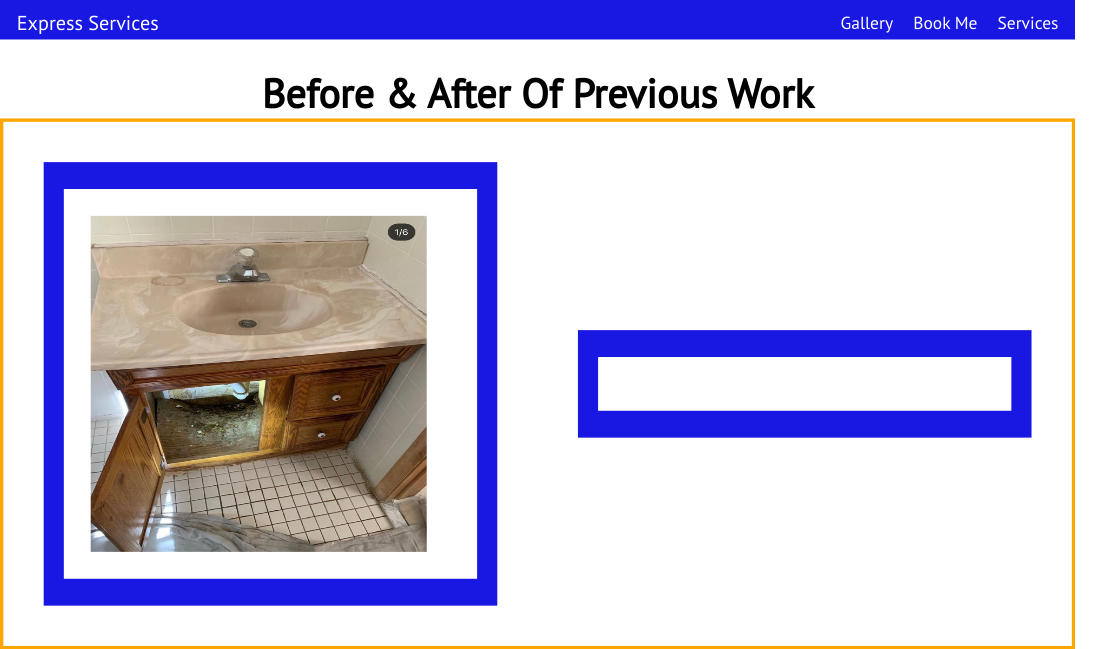
Repository: DrummerDee/mir-miami
Page: /Gallery (app in mr-miami/)
An editor plug-in stored every save of this project. The page is shown before and after a run of saves, followed by the edit.
The browser window is 1280 px wide. The page is 1280 px wide, then 1328 px, so the pictures cover 1328 px, including what lies to the right of the window. The pictures show the whole page, at 84% of full size.
The project was rebuilt for these pictures with package versions that can differ from the ones it lists, and the page was loaded fresh each time. Also part of the build but not shown: mr-miami/src/Styles/Services.css, mr-miami/src/Components/Services.js, mr-miami/src/Components/Homepage.js, mr-miami/src/Styles/Calendar.css, mr-miami/src/Styles/Times.css, mr-miami/src/Components/Times.js, mr-miami/src/Components/Time.js, mr-miami/src/Components/BookMe.js.

Above is the page before, as saved 2022-09-08 22:27:16.

### mr-miami/public/index.html
<!DOCTYPE html>
<html lang="en">
  <head>
    <meta charset="utf-8" />
    <link rel="icon" href="%PUBLIC_URL%/favicon.ico" />
    <meta name="viewport" content="width=device-width, initial-scale=1" />
    <meta name="theme-color" content="#000000" />
    <meta
      name="description"
      content="Web site created using create-react-app"
    />
    <link rel="apple-touch-icon" href="%PUBLIC_URL%/logo192.png" />
    <!--
      manifest.json provides metadata used when your web app is installed on a
      user's mobile device or desktop. See https://developers.google.com/web/fundamentals/web-app-manifest/
    -->
    <link rel="manifest" href="%PUBLIC_URL%/manifest.json" />
    <!--
      Notice the use of %PUBLIC_URL% in the tags above.
      It will be replaced with the URL of the `public` folder during the build.
      Only files inside the `public` folder can be referenced from the HTML.

      Unlike "/favicon.ico" or "favicon.ico", "%PUBLIC_URL%/favicon.ico" will
      work correctly both with client-side routing and a non-root public URL.
      Learn how to configure a non-root public URL by running `npm run build`.
    -->
    <title>Exotic Express Services</title>
  </head>
  <body>
    <noscript>You need to enable JavaScript to run this app.</noscript>
    <div id="root"></div>
    <!--
      This HTML file is a template.
      If you open it directly in the browser, you will see an empty page.

      You can add webfonts, meta tags, or analytics to this file.
      The build step will place the bundled scripts into the <body> tag.

      To begin the development, run `npm start` or `yarn start`.
      To create a production bundle, use `npm run build` or `yarn build`.
    -->
  </body>
</html>

### mr-miami/src/App.js
import './Styles/App.css';
import { BrowserRouter as Router, Routes, Route } from "react-router-dom";
import Navbar from "./Components/Navbar";
import Services from "./Components/Services";
import Homepage from "./Components/Homepage";
import Gallery from "./Components/Gallery";
import BookMe from "./Components/BookMe";




function App() {
  return (
    <Router>
      <Navbar />
      <Routes>
        <Route path="/" element={<Homepage />} />
        <Route path="/Gallery" element={<Gallery />} />
        <Route path="/Services" element={<Services />} />
        <Route path="/BookMe" element={<BookMe />} />
      </Routes>
    </Router>
  );
}

export default App;

### mr-miami/src/Styles/App.css
@import url('https://fonts.googleapis.com/css2?family=IBM+Plex+Sans:wght@300&family=PT+Sans&display=swap');
* {
  box-sizing: border-box;
  margin: 0;
  padding: 0;
  font-family: 'PT Sans','IBM Plex Sans', sans-serif;
}

/* Gallery Page */
.body > h1 {
  font-size: 3rem;
  text-align: center;
  margin-top: 2rem;
}

.wrapper {
  display: flex;
  flex-direction: row;
  align-items: center;
  margin: 0;
  padding: 0;
  border: 0.3rem solid orange;
}

.box {
  padding: 2rem;
  background-color: #FFF;
  transition: all 0.8s ease;
  display: flex;
  flex-direction: row;
  align-items: center;
}

.frame {
  margin: 3rem 3rem;
  width: 100%;
  height: 100%;
  background: rgb(24, 24, 226);
  padding: 2em 1.5em 2em 1.5em;
}

### mr-miami/src/Components/Navbar.js
import {Link } from 'react-router-dom'; //put this on every single routing page


// This isn't a homepage, just functionality for Navbar in the homepage
const Navbar = () => {
  return (
      <nav className="nav">
        <Link className="Home" to="/"> Express Services </Link>
        <ul>
          <li><Link to="/Gallery">Gallery</Link></li>
          <li><Link to="/BookMe">Book Me</Link></li>
          <li><Link to="/Services">Services</Link></li>
        </ul>
      </nav>
  );
}
export default Navbar;

### mr-miami/src/Components/Gallery.js
import React from "react";
import { LazyLoadImage } from 'react-lazy-load-image-component';
import sinkbefore from '../Assets/sinkbefore.jpeg';
// import sinkafter from '../Assets/sinkafter.jpeg';
// import doorbefore from '../Assets/Doorbefore.jpeg';
// import doorafter from '../Assets/Doorafter.jpeg';
// import pavementbefore from '../Assets/pavementbefore.jpeg';
// import pavementafter from '../Assets/pavementafter.jpeg';
// import roofafter from '../Assets/roofafter.jpeg';
// import roofbefore from '../Assets/roofbefore.jpeg';



function Gallery() {
    return (
        <div className='body'>
            <h1> Before & After Of Previous Work </h1>
            <div className='wrapper'>
                <div className='frame'>
                    <div className='box'>
                        <LazyLoadImage
                            src={sinkbefore}
                            width={400}
                            height={400}
                            effect = 'blur'
                            alt='broken sink'
                        />
                    </div>
                </div>
                <div className='frame'>
                    <div className='box'>
                    </div>
                </div>
            </div>
        </div>
    );
}










export default Gallery

### mr-miami/src/Styles/Homepage.css
* {
  box-sizing: border-box;
  margin: 0;
  padding: 0;
}

.homeBody {
  position: relative;
  height: 95vh;
  overflow: hidden;
}

.nav {
  background-color: rgb(24, 24, 226);
  color: white;
  display: flex;
  justify-content: space-between;
  align-items: stretch;
  gap: 2rem;
  padding: 0 1rem;
  padding-top: 0.5rem;
  font-size: 1.3rem;
}

.nav ul {
  padding: 0%;
  margin: 0;
  list-style: none;
  display: flex;
  gap: 1rem;
}

.Home {
  font-size: 1.5rem;
}

.nav a {
  display: flex;
  align-items: center;
  color: inherit;
  text-decoration: none;
  height: 100%;
  padding: 0.25rem;
}

.nav li:hover {
  border-top: white 0.2rem solid;
  transition: all 0.3s ease-out;
  padding: 0.25rem;
}

.home {
  display: flex;
  flex-direction: column;
  justify-content: center;
  align-items: center;
}

.homeBody .text {
  background-image: url('../Assets/background.png');
  background-repeat: no-repeat;
  background-size: cover;
  height: 100vh;
  color: white;
  display: flex;
  flex-direction: column;
  align-items: center;
  font-weight: 300;
}

.homeBody .text .homeMainText {
  color: white;
  border-top: 0.4rem solid black;
  border-bottom: 0.4rem solid black;
  font-size: 5rem;
  padding: 0.5rem 0 0.5rem 0;
  margin-top: 6.5rem;
}

.homeBody .text>h3 {
  font-size: 1.2rem;
  padding-top: 2rem;
}

.homeBody .text>h4 {
  font-size: 1.5rem;
  margin: 0;
}

.homeBody .text>p {
  margin-top: 15rem;
  font-size: 1.5rem;
  font-weight: 600;
}

Loaded but not shown: mr-miami/src/index.js (common file); mr-miami/src/reportWebVitals.js (common file)

After the next 6 saves:
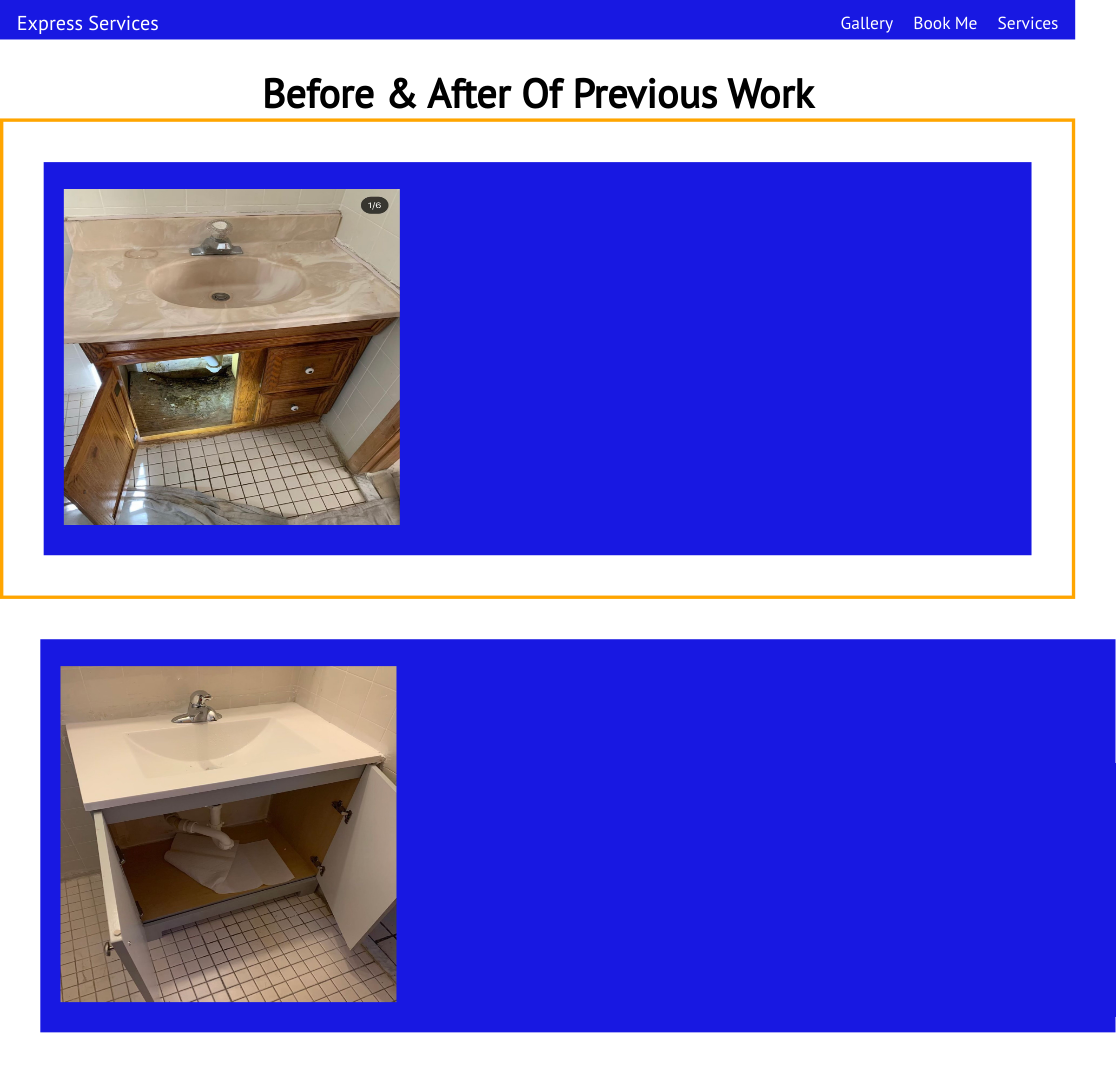
The 6 saves are shown as one change because 5 did not build or start.
The last was saved 36 s later.
--- a/mr-miami/src/Components/Gallery.js
+++ b/mr-miami/src/Components/Gallery.js
@@ -1,7 +1,7 @@
 import React from "react";
 import { LazyLoadImage } from 'react-lazy-load-image-component';
 import sinkbefore from '../Assets/sinkbefore.jpeg';
-// import sinkafter from '../Assets/sinkafter.jpeg';
+import sinkafter from '../Assets/sinkafter.jpeg';
 // import doorbefore from '../Assets/Doorbefore.jpeg';
 // import doorafter from '../Assets/Doorafter.jpeg';
 // import pavementbefore from '../Assets/pavementbefore.jpeg';
@@ -17,7 +17,6 @@ function Gallery() {
             <h1> Before & After Of Previous Work </h1>
             <div className='wrapper'>
                 <div className='frame'>
-                    <div className='box'>
                         <LazyLoadImage
                             src={sinkbefore}
                             width={400}
@@ -28,11 +27,15 @@ function Gallery() {
                     </div>
                 </div>
                 <div className='frame'>
-                    <div className='box'>
+                <LazyLoadImage
+                            src={sinkafter}
+                            width={400}
+                            height={400}
+                            effect = 'blur'
+                            alt='broken sink'
+                        />
                     </div>
                 </div>
-            </div>
-        </div>
     );
 }
 
